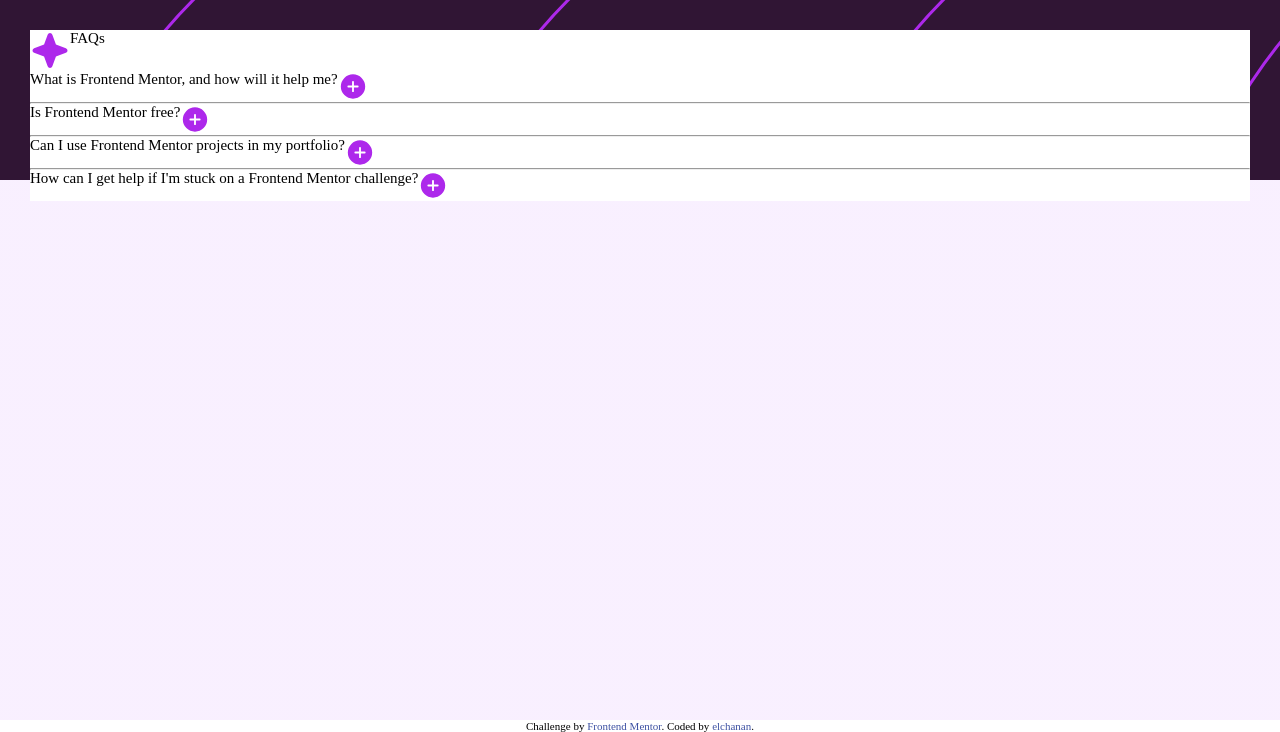
Repository: elchananChen/frontend-mentor-projects
Page: 2024/10/faQs/index.html
The author's editor kept a copy of each file at every save. The page is drawn from the files as they stood at one save, then again after the next save.
The browser window is 1280 px wide. The pictures show the whole page.

Above is the page before, as saved 2024-10-13 06:04:16.

### 2024/10/faQs/index.html
<!DOCTYPE html>
<html lang="en">
  <head>
    <meta charset="UTF-8" />
    <meta name="viewport" content="width=device-width, initial-scale=1.0" />

    <link
      rel="icon"
      type="image/png"
      sizes="32x32"
      href="./assets/images/favicon-32x32.png"
    />

    <title>Frontend Mentor | FAQ accordion</title>

    <style>
      .attribution {
        font-size: 11px;
        text-align: center;
      }
      .attribution a {
        color: hsl(228, 45%, 44%);
      }
    </style>
    <link rel="stylesheet" href="./style.css" />
  </head>
  <body>
    <article>
      <div class="card">
        <header>
          <div class="flex">
            <div><img src="./assets/images/icon-star.svg" alt="" /></div>
            <h1>FAQs</h1>
          </div>
        </header>
        <main>
          <div class="flex">
            <h3>What is Frontend Mentor, and how will it help me?</h3>
            <div><img src="./assets/images/icon-plus.svg" alt="" /></div>
          </div>
          <p class="hidden">
            Frontend Mentor offers realistic coding challenges to help
            developers improve their frontend coding skills with projects in
            HTML, CSS, and JavaScript. It's suitable for all levels and ideal
            for portfolio building.
          </p>
          <hr />
          <div class="flex">
            <h3>Is Frontend Mentor free?</h3>
            <div><img src="./assets/images/icon-plus.svg" alt="" /></div>
          </div>
          <p class="hidden">
            Yes, Frontend Mentor offers both free and premium coding challenges,
            with the free option providing access to a range of projects
            suitable for all skill levels.
          </p>
          <hr />
          <div class="flex">
            <h3>Can I use Frontend Mentor projects in my portfolio?</h3>
            <div><img src="./assets/images/icon-plus.svg" alt="" /></div>
          </div>
          <p class="hidden">
            Yes, you can use projects completed on Frontend Mentor in your
            portfolio. It's an excellent way to showcase your skills to
            potential employers!
          </p>
          <hr />
          <div class="flex">
            <h3>
              How can I get help if I'm stuck on a Frontend Mentor challenge?
            </h3>
            <div><img src="./assets/images/icon-plus.svg" alt="" /></div>
          </div>
          <p class="hidden">
            The best place to get help is inside Frontend Mentor's Discord
            community. There's a help channel where you can ask questions and
            seek support from other community members.
          </p>
        </main>
      </div>
    </article>
    <div class="attribution">
      Challenge by
      <a href="https://www.frontendmentor.io?ref=challenge" target="_blank"
        >Frontend Mentor</a
      >. Coded by <a href="#">elchanan</a>.
    </div>
  </body>
</html>

### 2024/10/faQs/style.css
@import url("./css/reset.css");
@import url("./css/varieble.css");
@import url("./css/fonts.css");
@import url("./css/utilities.css");

article {
  min-height: 100vh;
  width: 100%;
  padding: 2rem;
  background: linear-gradient(180deg, transparent 25%, hsl(275, 100%, 97%) 25%),
    url("./assets/images/background-pattern-mobile.svg");
}
.card {
  /* min-height: 100vh; */
  background-color: var(--color-White);
}
header {
}

### 2024/10/faQs/css/reset.css
* {
  box-sizing: border-box;
  margin: 0;
  padding: 0;
}
html {
  font-family: "overpass-Regular";
}
html,
body {
  min-height: 100vh;
  width: 100%;
  font-size: 15px;
}

img {
  display: block;
  max-width: 100%;
}
h1,
h2,
h3,
h4,
h5,
h6 {
  font-size: 1rem;
  font-weight: normal;
}
button {
  border: 0px;
}

ul,
ol {
  padding-left: 0.5rem;
}
a {
  text-decoration: none;
  color: inherit;
}

### 2024/10/faQs/css/varieble.css
:root {
  --color-White: hsl(0, 0%, 100%);
  --color-Light-pink: hsl(275, 100%, 97%);
  --color-Grayish-purple: hsl(292, 16%, 49%);
  --color-Dark-purple: hsl(292, 42%, 14%);
}

### 2024/10/faQs/css/utilities.css
.flex {
  display: flex;
}
.hidden {
  display: none;
}

Loaded but not shown: 2024/10/faQs/css/fonts.css (no copy from this time; the picture is the same without it)

After the next save:
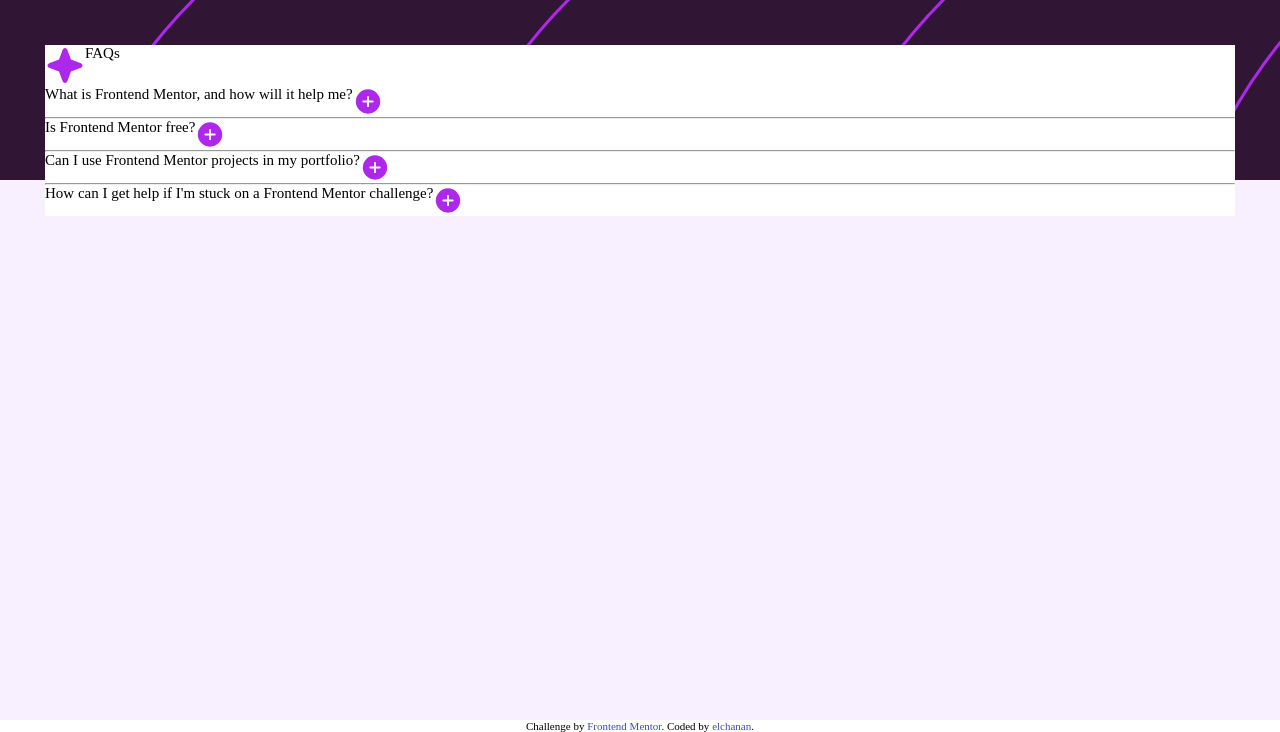
Saved 7 s later.
--- a/2024/10/faQs/style.css
+++ b/2024/10/faQs/style.css
@@ -6,7 +6,7 @@
 article {
   min-height: 100vh;
   width: 100%;
-  padding: 2rem;
+  padding: 3rem;
   background: linear-gradient(180deg, transparent 25%, hsl(275, 100%, 97%) 25%),
     url("./assets/images/background-pattern-mobile.svg");
 }
